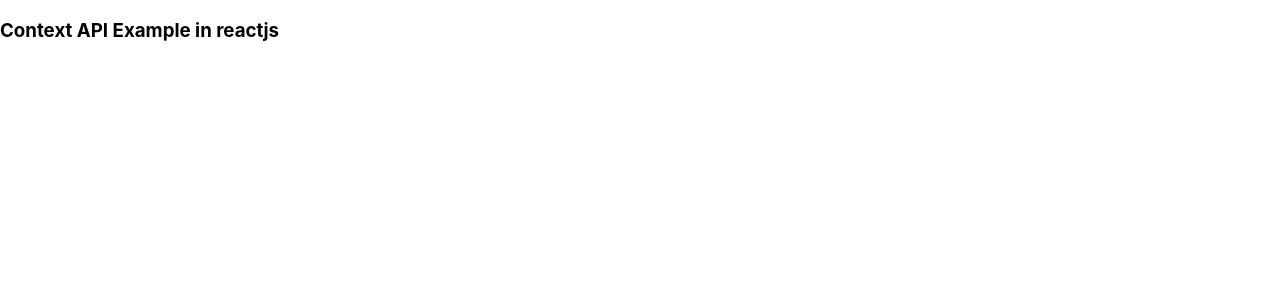
Repository: lalji-yadav/React-Context-API
Page: /a
The author's editor kept a copy of each file at every save. The page is drawn from the files as they stood at one save, then again after the next save.
The browser window is 1280 px wide. The pictures show the whole page.
The project was rebuilt for these pictures with package versions that can differ from the ones it lists, and the page was loaded fresh each time. Also part of the build but not shown: src/App.css.

Above is the page before, as saved 2021-02-09 16:30:09.

After the next save:
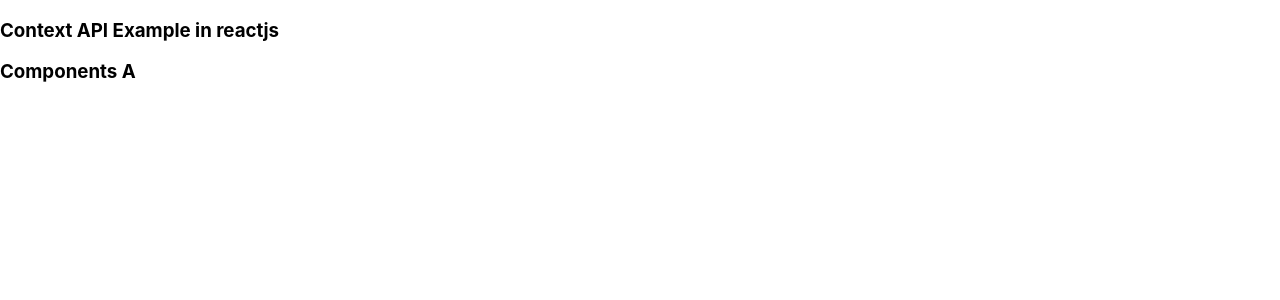
Saved 27 s later.
--- a/src/App.js
+++ b/src/App.js
@@ -1,10 +1,13 @@
 import './App.css';
+import A from "./components/A";
 
 function App() {
   return (
     <div>
       <h3> Context API Example in reactjs </h3>
 
+      <A />
+
     </div>
   );
 }
